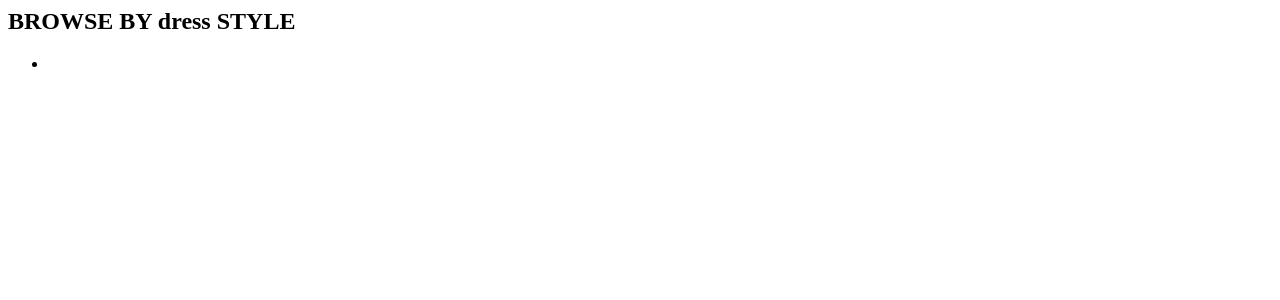
Repository: jekakoba/shop-co
Page: src/html/components/browse/_browse.html
These files come from the project's save history. The page is drawn as it stood at one moment and after the next save; the edit follows.
The browser window is 1280 px wide. The pictures show the whole page.

Above is the page before, as saved 2025-03-05 13:31:15.

### src/html/components/browse/_browse.html
<section class="py-20">
	<div class="container">
		<div class="py-[76px] px-16 bg-c-gray rounded-primary">
			<h2 class="text-center px-16 not-last:mb-16 font-bold font-f-secondary leading-none text-5xl">BROWSE BY dress STYLE</h2>
		</div>
		<ul>
			<li></li>
		</ul>
	</div>
</section>

After the next save:
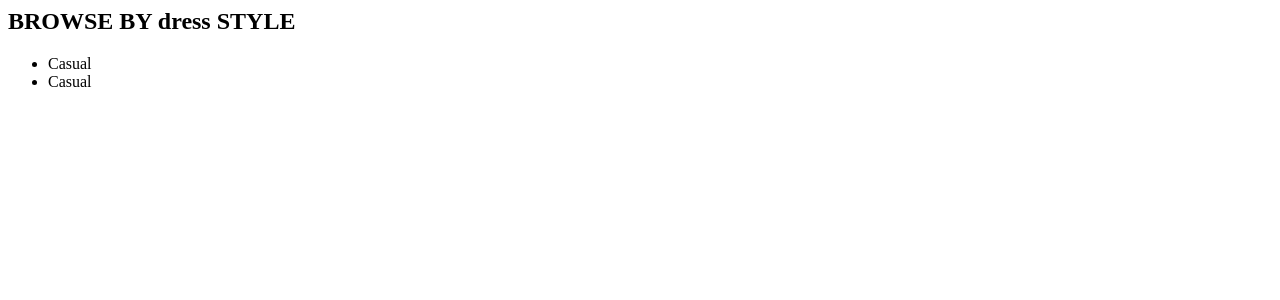
Saved 6 s later.
--- a/src/html/components/browse/_browse.html
+++ b/src/html/components/browse/_browse.html
@@ -4,7 +4,8 @@
 			<h2 class="text-center px-16 not-last:mb-16 font-bold font-f-secondary leading-none text-5xl">BROWSE BY dress STYLE</h2>
 		</div>
 		<ul>
-			<li></li>
+			<li>Casual</li>
+			<li>Casual</li>
 		</ul>
 	</div>
 </section>
